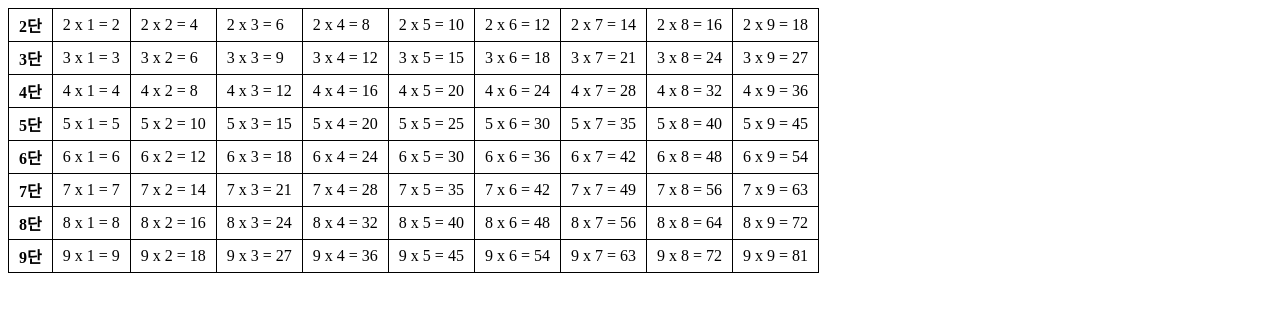
Repository: carnelli95/workspace_JSP
Page: http://localhost/MustHaveJSP/JSPMission/Gugudan2.jsp
An editor plug-in stored every save of this project. The page is shown before and after the next save, followed by the edit.
The browser window is 1280 px wide. The pictures show the whole page.
The page is served by Tomcat 9.

Above is the page before, as saved 2025-09-26 08:04:21.

After the next save:
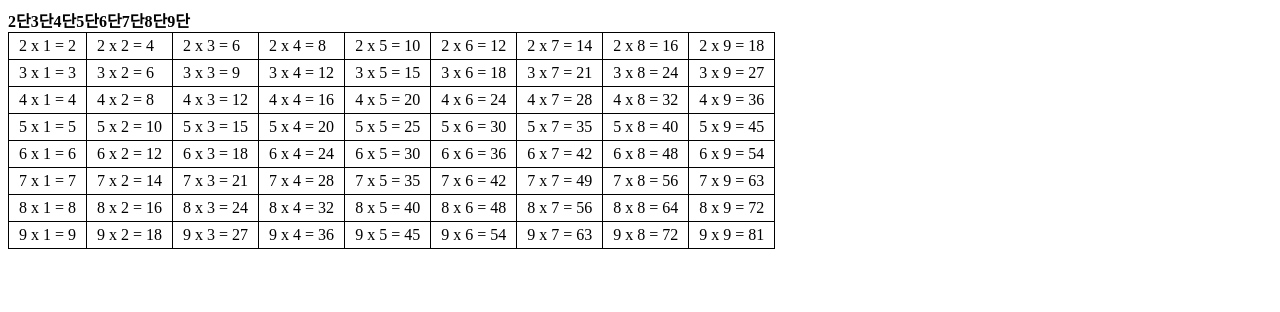
Saved 43 s later.
--- a/MustHaveJSP/src/main/webapp/JSPMission/Gugudan2.jsp
+++ b/MustHaveJSP/src/main/webapp/JSPMission/Gugudan2.jsp
@@ -25,7 +25,7 @@
 	<%
 		for(int i = 2; i <= 9; i++) {
 			out.println("<tr>");
-			out.println("<td><b>" + i + "단</b></td>");
+			out.println("<tr><b>" + i + "단</b></tr>");
 			for(int j = 1; j <= 9; j++) {
 				out.print("<td>" + i + " x " + j  + " = " + i * j + "</td>" + "\t");
 			}
